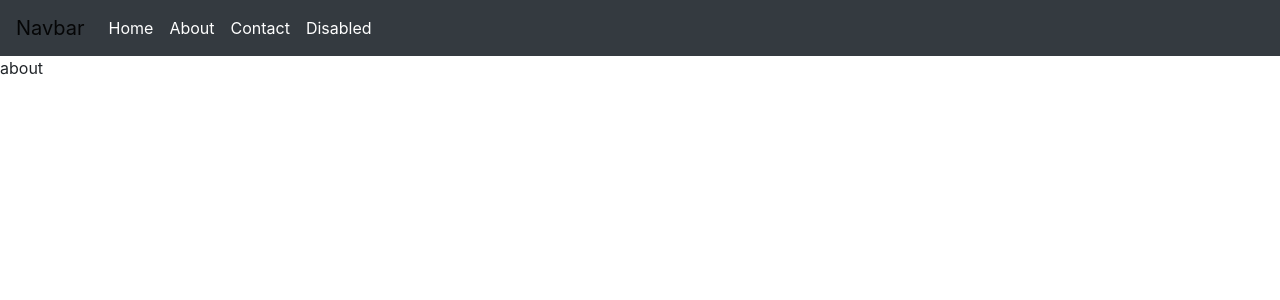
Repository: syawal2kalii/parsinta_clone_model
Page: http://localhost/about
These files come from the project's save history. The page is drawn as it stood at one moment and after the next save; the edit follows.
The browser window is 1280 px wide. The pictures show the whole page.
The page is served by the project's Laravel application, run on PHP 8.4 with Laravel 8. Other server files are loaded and not shown.

Above is the page before, as saved 2019-12-26 16:11:06.

### routes/web.php
<?php

/*
|--------------------------------------------------------------------------
| Web Routes
|--------------------------------------------------------------------------
|
| Here is where you can register web routes for your application. These
| routes are loaded by the RouteServiceProvider within a group which
| contains the "web" middleware group. Now create something great!
|
*/

Route::get('/', function () {
    return view('welcome');
});

Route::get('/home', function () {
    return view('home');
});

Route::get('/about', function () {
    return view('about');
});

Route::get('/contact', function () {
    return view('contack');
});

Route::get('/user', function () {
    $data['nama'] = request ('nama');
    // dd($data);
    return view('users',compact('data'));
});

### resources/views/about.blade.php
@section('title')
    About
@endsection

@extends('layout.master')

@section('content')
    about
@endsection

### resources/views/layout/master.blade.php
<!DOCTYPE html>
<html lang="en">
<head>
    <meta charset="UTF-8">
    <meta name="viewport" content="width=device-width, initial-scale=1.0">
    <meta http-equiv="X-UA-Compatible" content="ie=edge">
    <link rel="stylesheet" href="https://stackpath.bootstrapcdn.com/bootstrap/4.4.1/css/bootstrap.min.css" integrity="sha384-Vkoo8x4CGsO3+Hhxv8T/Q5PaXtkKtu6ug5TOeNV6gBiFeWPGFN9MuhOf23Q9Ifjh" crossorigin="anonymous">
    <title>@yield('title')</title>
</head>
<body>
   @include('layout.navigation')
   @yield('content')



   <script src="https://code.jquery.com/jquery-3.4.1.slim.min.js" integrity="sha384-J6qa4849blE2+poT4WnyKhv5vZF5SrPo0iEjwBvKU7imGFAV0wwj1yYfoRSJoZ+n" crossorigin="anonymous"></script>
   <script src="https://cdn.jsdelivr.net/npm/popper.js@1.16.0/dist/umd/popper.min.js" integrity="sha384-Q6E9RHvbIyZFJoft+2mJbHaEWldlvI9IOYy5n3zV9zzTtmI3UksdQRVvoxMfooAo" crossorigin="anonymous"></script>
   <script src="https://stackpath.bootstrapcdn.com/bootstrap/4.4.1/js/bootstrap.min.js" integrity="sha384-wfSDF2E50Y2D1uUdj0O3uMBJnjuUD4Ih7YwaYd1iqfktj0Uod8GCExl3Og8ifwB6" crossorigin="anonymous"></script>
</body>
</html>

### resources/views/layout/navigation.blade.php
<nav class="navbar navbar-expand-lg navbar-light bg-dark">
        <a class="navbar-brand" href="#">Navbar</a>
        <button class="navbar-toggler" type="button" data-toggle="collapse" data-target="#navbarNavAltMarkup" aria-controls="navbarNavAltMarkup" aria-expanded="false" aria-label="Toggle navigation">
          <span class="navbar-toggler-icon"></span>
        </button>
        <div class="collapse navbar-collapse" id="navbarNavAltMarkup">
          <div class="navbar-nav">
            <a class="nav-item nav-link active text-white" href="/home">Home <span class="sr-only">(current)</span></a>
            <a class="nav-item nav-link text-white" href="/about">About</a>
            <a class="nav-item nav-link text-white" href="/contact">Contact</a>
            <a class="nav-item nav-link text-white disabled" href="#" tabindex="-1" aria-disabled="true">Disabled</a>
          </div>
        </div>
</nav>

After the next save:
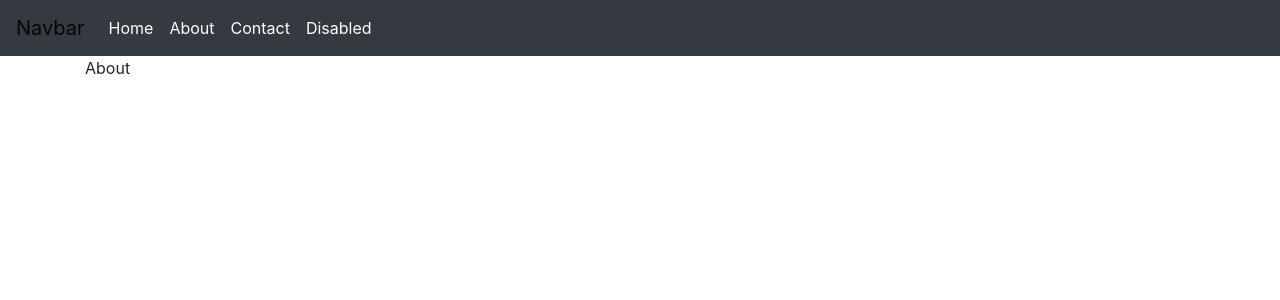
Saved 29 min 11 s later.
--- a/resources/views/about.blade.php
+++ b/resources/views/about.blade.php
@@ -5,5 +5,7 @@
 @extends('layout.master')
 
 @section('content')
-    about
+   <div class="container">
+       About
+   </div>
 @endsection
